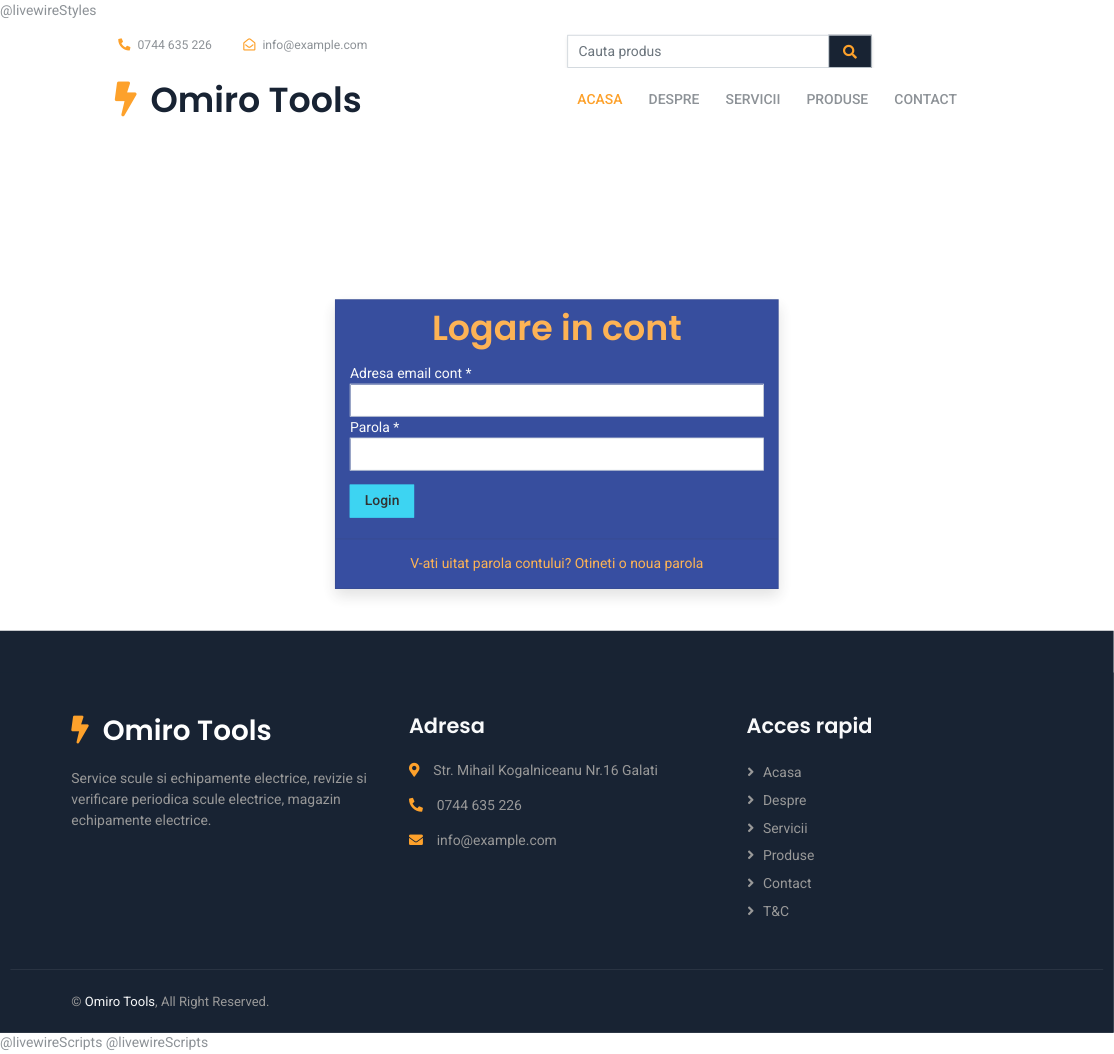
Repository: sorina0109/laravel_test
Page: http://localhost/login
These files come from the project's save history. The page is drawn as it stood at one moment and after the next save; the edit follows.
The browser window is 1280 px wide. The pictures show the whole page, at 87% of full size.
Some web libraries are served in a nearby version. The page is served by the project's Laravel application, run on PHP 8.4 with Laravel 10.

Above is the page before, as saved 2023-08-15 14:56:58.

After the next save:
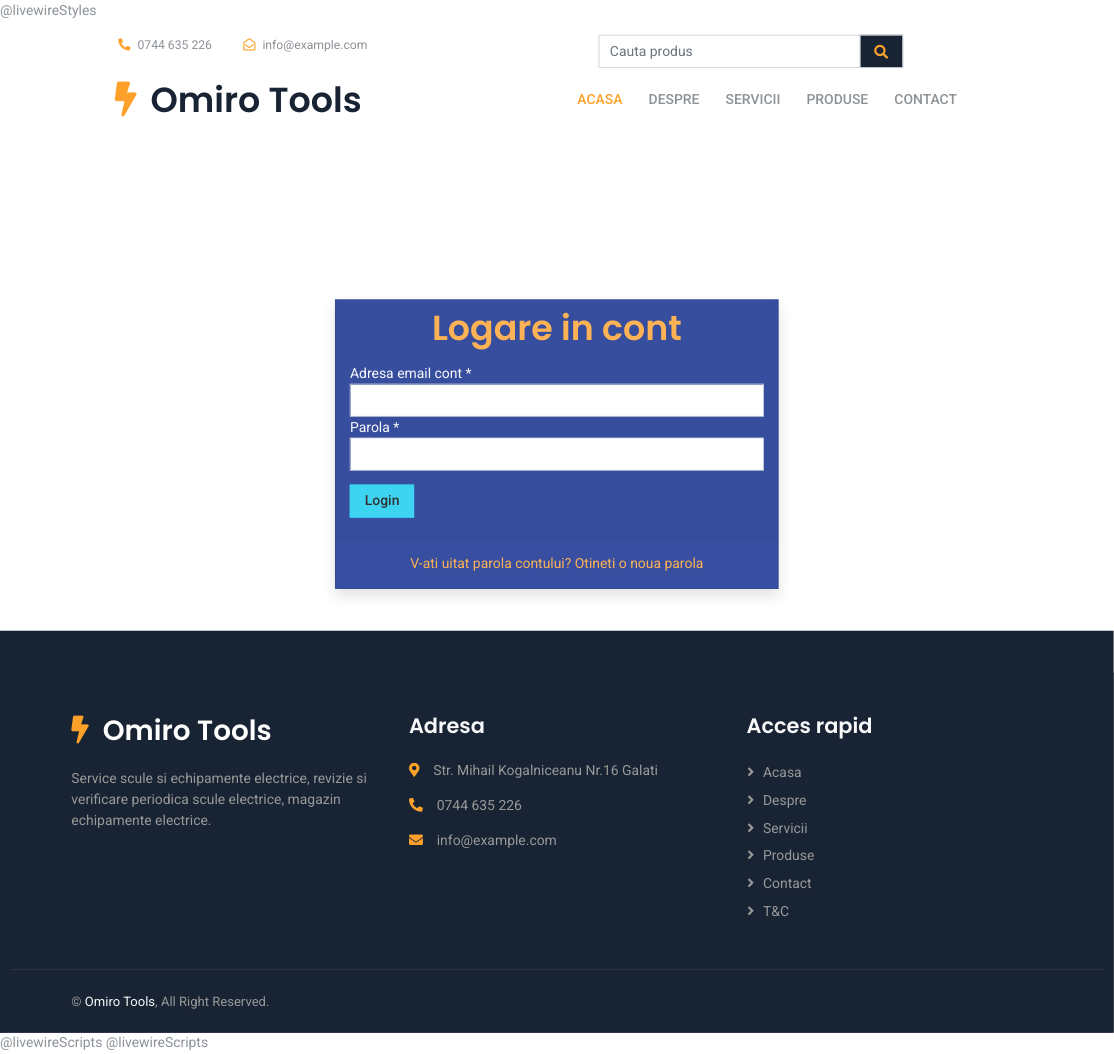
Saved 41 s later.
--- a/resources/views/front/partials/topbar.blade.php
+++ b/resources/views/front/partials/topbar.blade.php
@@ -15,7 +15,7 @@
                 <small>Luni - Vineri : 08.30 - 17.30</small>
             </div>
         </div>
-        <div class="col-lg-6 d-none d-lg-block pr-5 mr-5 pt-3" >
+        <div class="col-lg-6 d-none d-lg-block px-xl-5 pt-3" >
             <form style="display: inline-block;" action="{{ route('search') }}" method="GET" id="search-bar">
                 <div class="input-group shadow-sm " style="width: 350px;">
                     <input name="search_product" type="text" class="form-control " placeholder="Cauta produs" >
